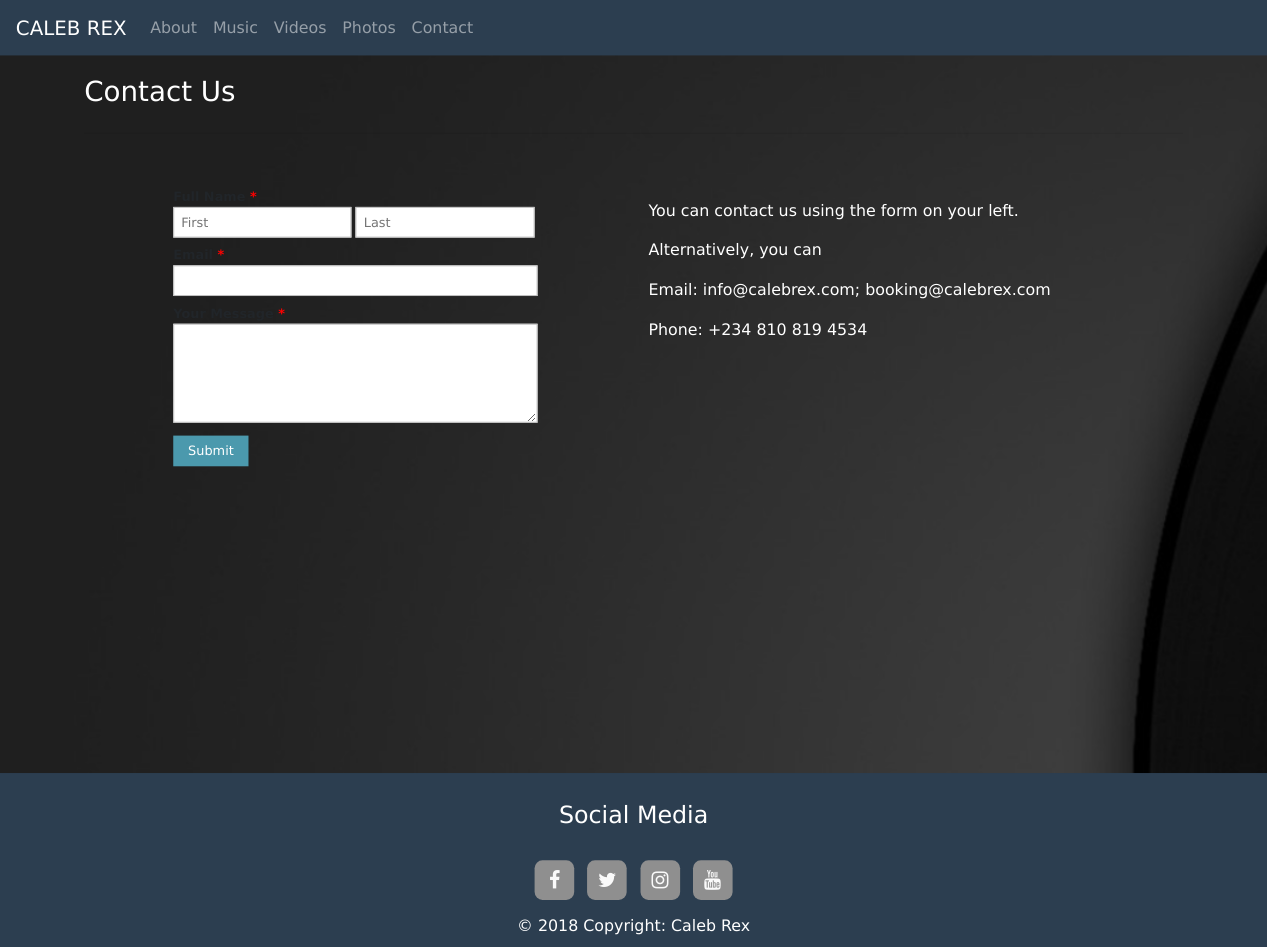
Repository: IchaTreasure/caleb-rex
Page: contact.html
The author's editor kept a record of every edit. The page is drawn from the files as they stood at one moment, then again after the next edit.
The browser window is 1280 px wide. The pictures show the whole page, at 99% of full size.
Some web libraries are served in a nearby version.

Above is the page before.

### contact.html
<!DOCTYPE html>
<html lang="en">

<head>
    <meta charset="UTF-8">
    <meta name="viewport" content="width=device-width, initial-scale=1.0">
    <meta http-equiv="X-UA-Compatible" content="ie=edge">
    <link rel="stylesheet" href="https://maxcdn.bootstrapcdn.com/bootstrap/4.1.3/css/bootstrap.min.css">
    <link rel="stylesheet" href="https://use.fontawesome.com/releases/v5.6.1/css/all.css" integrity="sha384-gfdkjb5BdAXd+lj+gudLWI+BXq4IuLW5IT+brZEZsLFm++aCMlF1V92rMkPaX4PP" crossorigin="anonymous">
    <link rel="stylesheet" href="https://stackpath.bootstrapcdn.com/bootstrap/4.3.1/css/bootstrap.min.css" type="text/css" />
    <link rel="stylesheet" href="https://stackpath.bootstrapcdn.com/font-awesome/4.7.0/css/font-awesome.min.css" type="text/css" />
    <link rel="stylesheet" href="https://cdnjs.cloudflare.com/ajax/libs/hover.css/2.3.1/css/hover-min.css" type="text/css" />
    <link href="https://fonts.googleapis.com/css?family=Roboto:400,700" rel="stylesheet">
    <link rel="stylesheet" href="css/style.css" type="text/css" />
    <title>Caleb Rex</title>
</head>

<body style="background-color: #2c3e50">
    <!-- ------------------------------------------------------------------------------------------------------Navigation Bar -->
    <nav class="navbar navbar-expand-md navbar-dark fixed-top" style="background-color: #2c3e50">
        <a class="navbar-brand" href="index.html">CALEB REX</a>
        <button class="navbar-toggler" type="button" data-toggle="collapse" data-target="#navbarsExampleDefault" aria-controls="navbarsExampleDefault" aria-expanded="false" aria-label="Toggle navigation">
    <span class="navbar-toggler-icon"></span>
  </button>

        <div class="collapse navbar-collapse" id="navbarsExampleDefault">
            <ul class="navbar-nav mr-auto">
                <li class="nav-item right" data-toggle="collapse" data-target=".navbar-collapse.show">
                    <a class="nav-link" href="about.html">About</a>
                </li>
                <li class="nav-item right" data-toggle="collapse" data-target=".navbar-collapse.show">
                    <a class="nav-link" href="music.html">Music</a>
                </li>
                <li class="nav-item right" data-toggle="collapse" data-target=".navbar-collapse.show">
                    <a class="nav-link" href="videos.html">Videos</a>
                </li>
                <li class="nav-item right" data-toggle="collapse" data-target=".navbar-collapse.show">
                    <a class="nav-link" href="photos.html">Photos</a>
                </li>
                <li class="nav-item right" data-toggle="collapse" data-target=".navbar-collapse.show">
                    <a class="nav-link" href="contact.html" class='active-page'>Contact</a>
                </li>
            </ul>
        </div>
    </nav>

    <!-- contact section -->
    <section style="background-color: #bc3636; background-image: url('images/photos-page.png'); Width: 100%;">
        <!-- Page Content -->
        <div class="container" Style="padding-top: 20px">
            <div class="row">
                <h3 style="padding-left: 15px">Contact Us</h3>
            </div>
            <hr>
            <div class="row">
                <div class="col-md-6">
                    <form action="mailto:treasureicha82@gmail.com" method="post" enctype="text/plain">
                        <ul class="form-style-1">
                            <li>
                                <label>Full Name <span class="required">*</span></label>
                                <input type="text" name="firstname" class="field-divided" placeholder="First" />
                                <input type="text" name="lastname" class="field-divided" placeholder="Last" />
                            </li>
                            <li>
                                <label>Email <span class="required">*</span></label>
                                <input type="email" name="email" class="field-long" />
                            </li>
                            <li>
                                <label>Your Message <span class="required">*</span></label>
                                <textarea name="message" id="message" class="field-long field-textarea"></textarea>
                            </li>
                            <li>
                                <input type="submit" value="Submit" />
                            </li>
                        </ul>
                    </form>
                </div>
                <div class="col-md-6" style="padding-top: 50px; padding-bottom: 420px;">
                    <p>
                        You can contact us using the form on your left.
                    </p>
                    <p>
                        Alternatively, you can
                    </p>
                    <p>
                        Email: info@calebrex.com; booking@calebrex.com
                    </p>
                    <p>
                        Phone: +234 810 819 4534
                    </p>
                </div>
            </div>
        </div>
    </section>

    <!-- Footer -->
    <footer class="py-1" style="background-color: #2c3e50; text-align: center;">
        <div class="container">
            <br>
            <h4 style="color: white;">Social Media</h4>
            <br>
            <ul class="list-inline social-links">
                <li class="list-inline-item">
                    <a target="_blank" href="https://www.facebook.com/caleb.rex.96"><i class = " fa fa-facebook" aria-hidden="true"></i><span class = "sr-only">Facebook</span></a>
                </li>
                <li class="list-inline-item">
                    <a target="_blank" href="https://twitter.com/calebrex01"><i class = " fa fa-twitter" aria-hidden="true"></i><span class = "sr-only">Twitter</span></a>
                </li>
                <li class="list-inline-item">
                    <a target="_blank" href="https://www.instagram.com/caleb.rex01/"><i class = " fa fa-instagram" aria-hidden="true"></i><span class = "sr-only">Instagram</span></a>
                </li>
                <li class="list-inline-item">
                    <a target="_blank" href="https://www.youtube.com/channel/UC_B7e65upco510Sio9dZJhg"><i class = " fa fa-youtube" aria-hidden="true"></i><span class = "sr-only">Youtube</span></a>
                </li>
            </ul>
        </div>
        <h6 style="text-align: center; color: white;">© 2018 Copyright: Caleb Rex</h6>
        <!-- /.container -->
    </footer>
    <!-- Bootstrap core JavaScript -->
    <script src="https://code.jquery.com/jquery-3.3.1.slim.min.js" integrity="sha384-q8i/X+965DzO0rT7abK41JStQIAqVgRVzpbzo5smXKp4YfRvH+8abtTE1Pi6jizo" crossorigin="anonymous"></script>
    <script src="https://cdnjs.cloudflare.com/ajax/libs/popper.js/1.14.7/umd/popper.min.js" integrity="sha384-UO2eT0CpHqdSJQ6hJty5KVphtPhzWj9WO1clHTMGa3JDZwrnQq4sF86dIHNDz0W1" crossorigin="anonymous"></script>
    <script src="https://stackpath.bootstrapcdn.com/bootstrap/4.3.1/js/bootstrap.min.js" integrity="sha384-JjSmVgyd0p3pXB1rRibZUAYoIIy6OrQ6VrjIEaFf/nJGzIxFDsf4x0xIM+B07jRM" crossorigin="anonymous"></script>
</body>

</html>

### css/style.css
/*---------------------------- css for body */
body {
  font-family: 'Lucida Grande', sans-serif;
  padding-top: 56px;
}

nav li a:hover {
  background: black;

}

p{
	color: white;
}

h1, h2, h3, h4, h5, h6 {
	color: white;
}

/*----------------------------------------- Modal Styling */
.modal-body{
    color: #615650;
    text-align: center;
}

.modal-content{
    background-color: #dbc7bd;
    padding: 20px;
}

.img-hover:hover{
    cursor: pointer;
    opacity: 0.6;
    transition: all 0.35s ease-in-out;
    -moz-transition: all 0.35s ease-in-out;
    -webkit-transition: all 0.35s ease-in-out;
    -o-transition: all 0.35s ease-in-out;
}

/*---------------------------- css for contact form*/
.form-style-1 {
	margin:10px auto;
	max-width: 400px;
	padding: 20px 12px 10px 20px;
	font: 13px "Lucida Sans Unicode", "Lucida Grande", sans-serif;
}
.form-style-1 li {
	padding: 0;
	display: block;
	list-style: none;
	margin: 10px 0 0 0;
}
.form-style-1 label{
	margin:0 0 3px 0;
	padding:0px;
	display:block;
	font-weight: bold;
}
.form-style-1 input[type=text],
.form-style-1 input[type=date],
.form-style-1 input[type=datetime],
.form-style-1 input[type=number],
.form-style-1 input[type=search],
.form-style-1 input[type=time],
.form-style-1 input[type=url],
.form-style-1 input[type=email],
textarea,
select{
	box-sizing: border-box;
	-webkit-box-sizing: border-box;
	-moz-box-sizing: border-box;
	border:1px solid #BEBEBE;
	padding: 7px;
	margin:0px;
	-webkit-transition: all 0.30s ease-in-out;
	-moz-transition: all 0.30s ease-in-out;
	-ms-transition: all 0.30s ease-in-out;
	-o-transition: all 0.30s ease-in-out;
	outline: none;
}

.form-style-1 input[type=text]:focus,
.form-style-1 input[type=date]:focus,
.form-style-1 input[type=datetime]:focus,
.form-style-1 input[type=number]:focus,
.form-style-1 input[type=search]:focus,
.form-style-1 input[type=time]:focus,
.form-style-1 input[type=url]:focus,
.form-style-1 input[type=email]:focus,
.form-style-1 textarea:focus,
.form-style-1 select:focus{
	-moz-box-shadow: 0 0 8px #88D5E9;
	-webkit-box-shadow: 0 0 8px #88D5E9;
	box-shadow: 0 0 8px #88D5E9;
	border: 1px solid #88D5E9;
}

.form-style-1 .field-divided{
	width: 49%;
}

.form-style-1 .field-long{
	width: 100%;
}
.form-style-1 .field-select{
	width: 100%;
}
.form-style-1 .field-textarea{
	height: 100px;
}
.form-style-1 input[type=submit], .form-style-1 input[type=button]{
	background: #4B99AD;
	padding: 8px 15px 8px 15px;
	border: none;
	color: #fff;
}

.form-style-1 input[type=submit]:hover, .form-style-1 input[type=button]:hover{
	background: #4691A4;
	box-shadow:none;
	-moz-box-shadow:none;
	-webkit-box-shadow:none;
}

.form-style-1 .required{
	color:red;
}

/*---------------------------- css for footer*/
footer {
  background-color: #7D0D11;
  color: black;
}

.social-links li a i {
  width: 40px;
  height: 40px;
  padding: 10px;
  border-radius: 20%;
  font-size: 20px;
  line-height: 20px;
  text-align: center;
  color: #fafafa;
  background: #8f8f8f;
  transition: all 0.35s ease-in-out;
  -moz-transition: all 0.35s ease-in-out;
  -webkit-transition: all 0.35s ease-in-out;
  -o-transition: all 0.35s ease-in-out;
}

.social-links li a i:hover {
  background: black;
}

After the next edit:
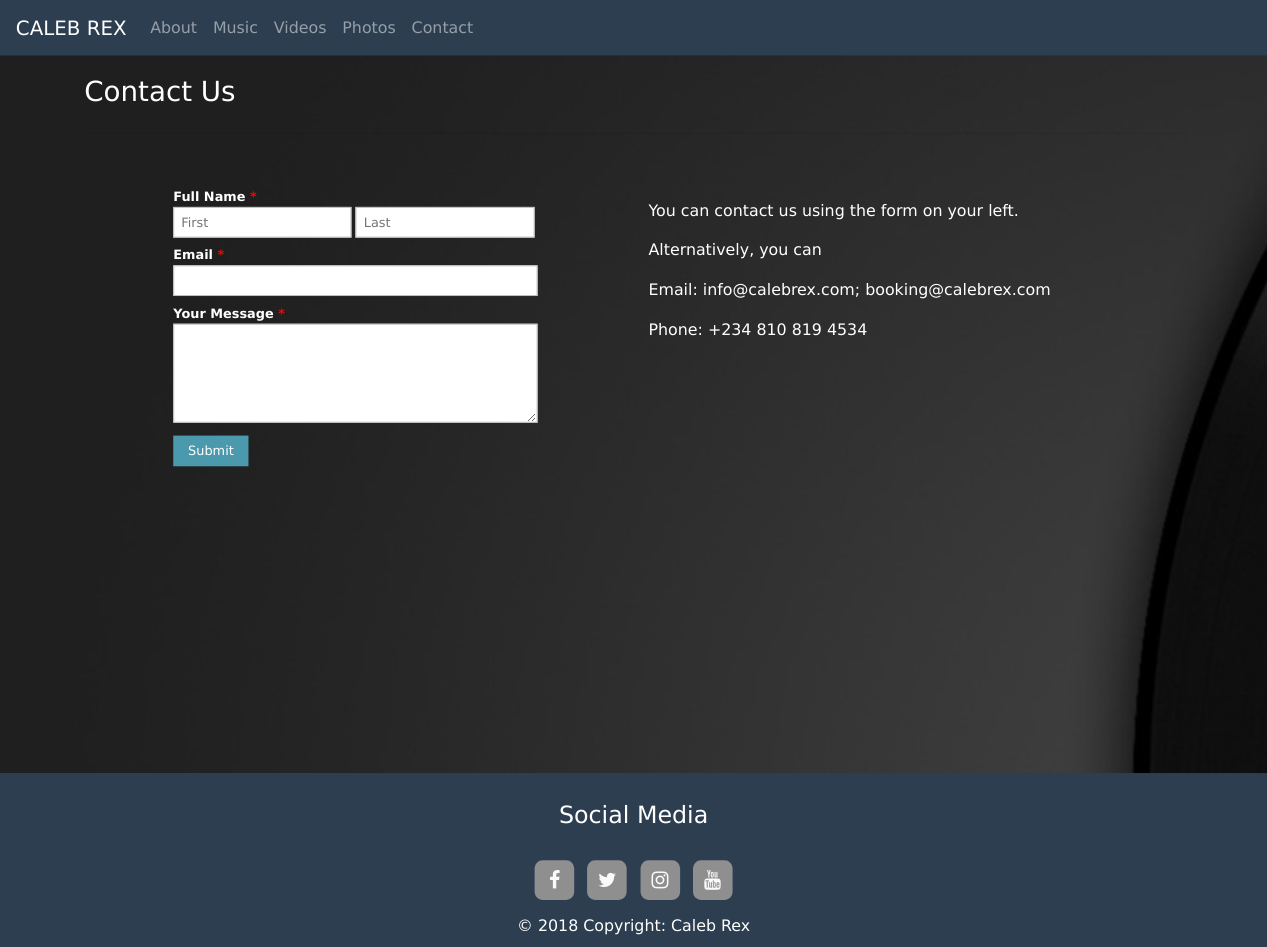
The edit:
--- a/css/style.css
+++ b/css/style.css
@@ -14,6 +14,10 @@ p{
 }
 
 h1, h2, h3, h4, h5, h6 {
+	color: white;
+}
+
+label{
 	color: white;
 }
 
